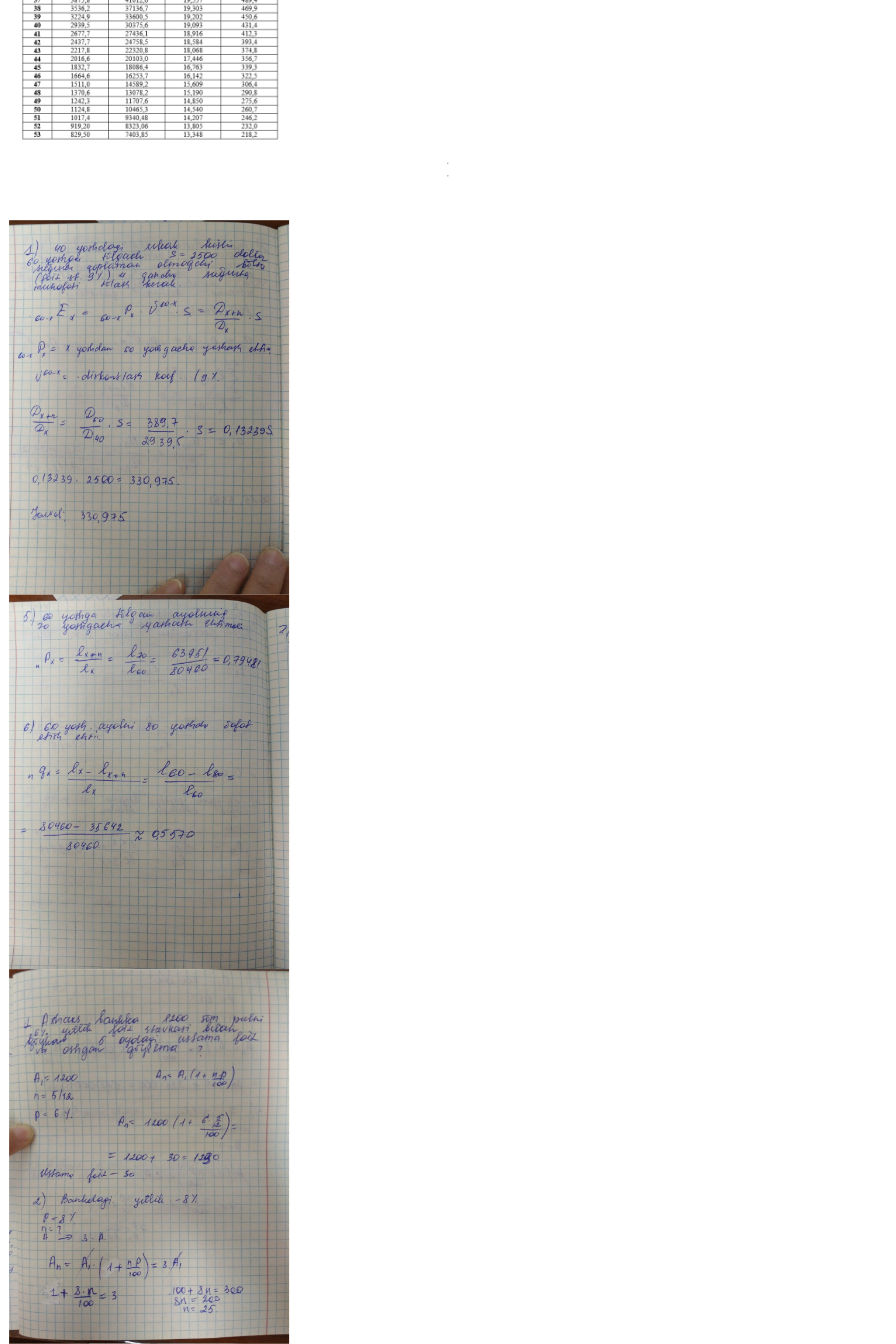
Repository: Ikromkhurozov/exam-inst
Page: index.html
The author's editor kept a copy of each file at every save. The page is drawn from the files as they stood at one save, then again after the next save.
The browser window is 1280 px wide. The pictures show the part of the page from y = 1482 to 3402 px (the page is 6089 px tall before and 6035 px after), at 70% of full size.

Above is the page before, as saved 2023-05-26 10:10:35.

### index.html
<!DOCTYPE html>
<html lang="en">
<head>
  <meta charset="UTF-8">
  <meta http-equiv="X-UA-Compatible" content="IE=edge">
  <meta name="viewport" content="width=device-width, initial-scale=1.0">
  <title>Document</title>

  <style>

    body{
      display: flex;
      flex-direction: column;
      padding: 5px;
    }

    img{
      width: 400px;
      height: auto;
    }

  </style>
</head>
<body>

  <img src="/p1.jpg" alt="p1">
  <img src="/p4.jpg" alt="p4">
  <img src="/p2.jpg" alt="p2">
  <img src="/p3.jpg" alt="p3">

  <hr>
  <hr>


  <br>
  <br>
  <br>

  <img src="/1.jpg" alt="p1">
  <img src="/2.jpg" alt="p4">
  <img src="/3.jpg" alt="p2">
  <img src="/4.jpg" alt="p3">
  <img src="/5.jpg" alt="p4">
  <img src="/6.jpg" alt="p2">
  <img src="/7.jpg" alt="p3">
  <img src="/8.jpg" alt="p3">



  <script src="./script.js"></script>

</body>
</html>

### script.js

let a = {
  name: "77"
};

let b = a;

b.name = "99";

console.log("a", a);
console.log("b", b);

After the next save:
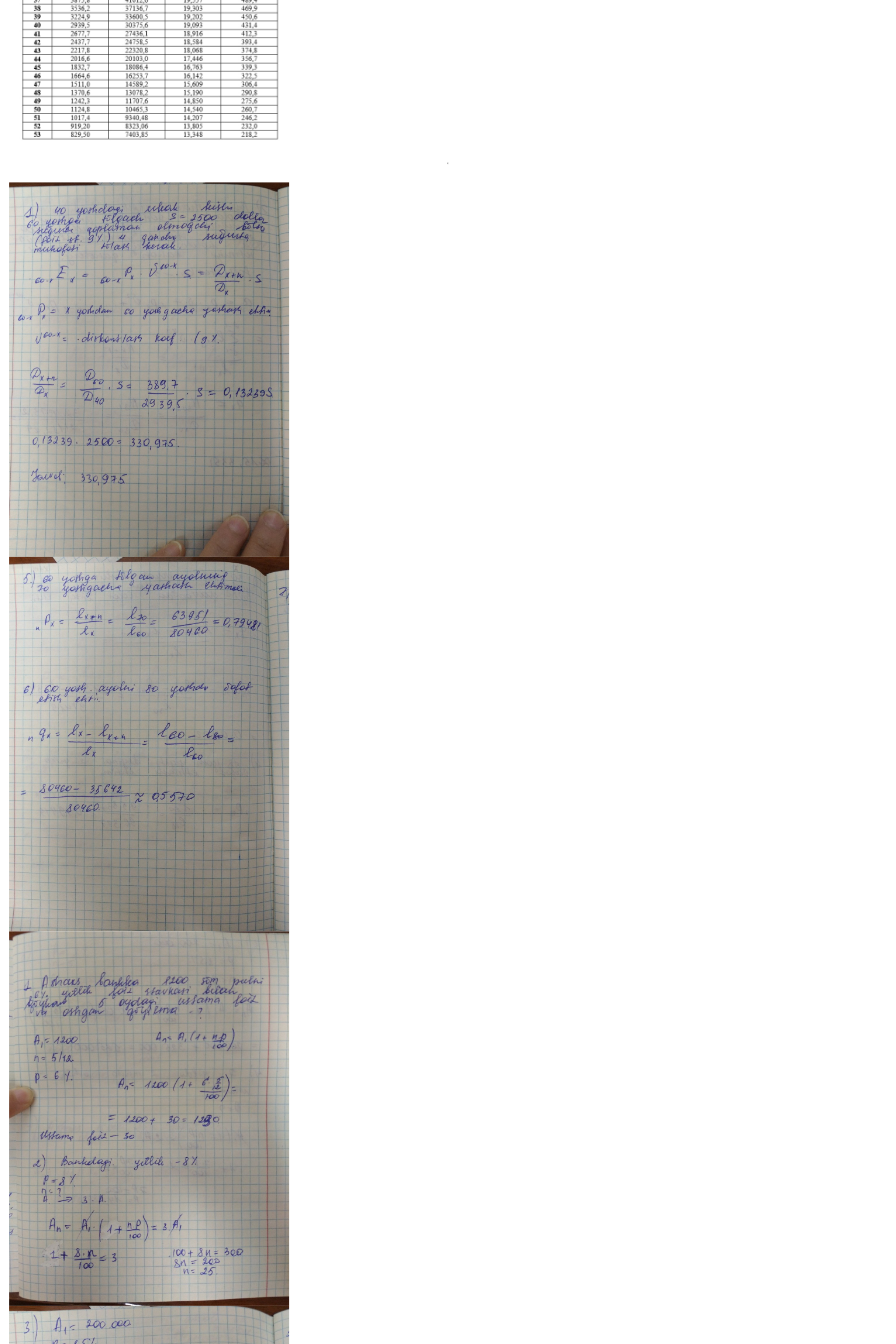
Saved 8 s later.
--- a/index.html
+++ b/index.html
@@ -29,11 +29,6 @@
   <img src="/p3.jpg" alt="p3">
 
   <hr>
-  <hr>
-
-
-  <br>
-  <br>
   <br>
 
   <img src="/1.jpg" alt="p1">
